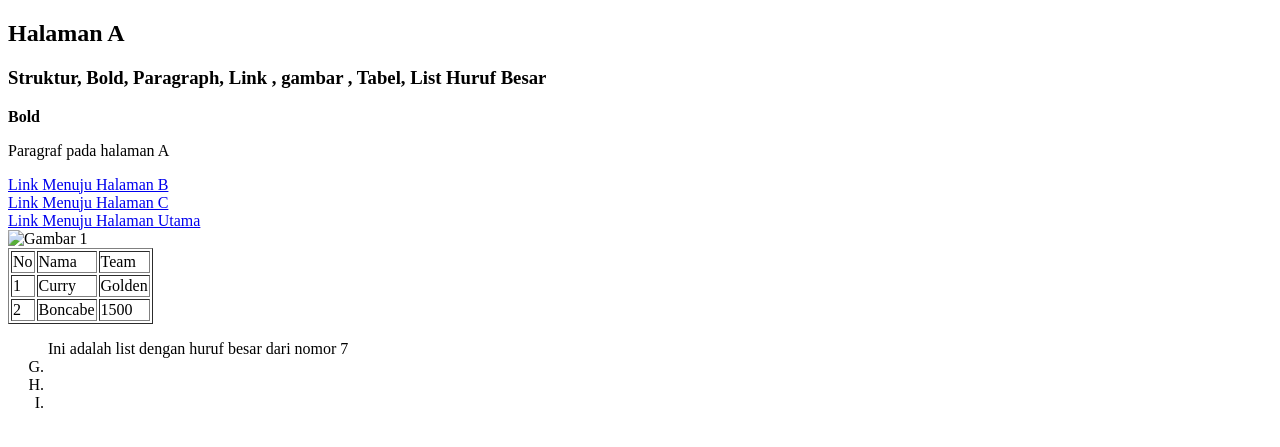
Repository: DejanAmru/dejan-praktikum
Page: modul-3/a.html
These files come from the project's save history. The page is drawn as it stood at one moment and after the next save; the edit follows.
The browser window is 1280 px wide. The pictures show the whole page.

Above is the page before, as saved 2025-10-24 13:54:17.

### modul-3/a.html
<!DOCTYPE html>
<html lang="id">

<head>
  <meta charset="UTF-8">
  <meta name="viewport" content="width=device-width, initial-scale=1.0">
  <title>Modul3a</title>
</head>

<body>
  <h2>
    Halaman A
  </h2>
  <h3>
    Struktur, Bold, Paragraph, Link , gambar , Tabel, List Huruf Besar
  </h3>
  <b>
    Bold
  </b>
  <p>
    Paragraf pada halaman A
  </p>
  <a href="b.html" target="_blank">Link Menuju Halaman B</a> <br>
  <a href="c.html" target="_blank">Link Menuju Halaman C</a> <br>
  <a href="../index.html" target="_blank">Link Menuju Halaman Utama</a> <br>


  <img src="modul-3\a.html" alt="Gambar 1" width="200"> <br>

  <table border="1">
    <tr>
      <td>No</td>
      <td>Nama</td>
      <td>Team</td>
    </tr>
    <tr>
      <td>1</td>
      <td>Curry</td>
      <td>Golden </td>
    </tr>
    <tr>
      <td>2</td>
      <td>Boncabe</td>
      <td>1500</td>
    </tr>
  </table>

  <ol start="7" type="A">Ini adalah list dengan huruf besar dari nomor 7
    <li></li>
    <li></li>
    <li></li>
  </ol>
</body>

</html>

After the next save:
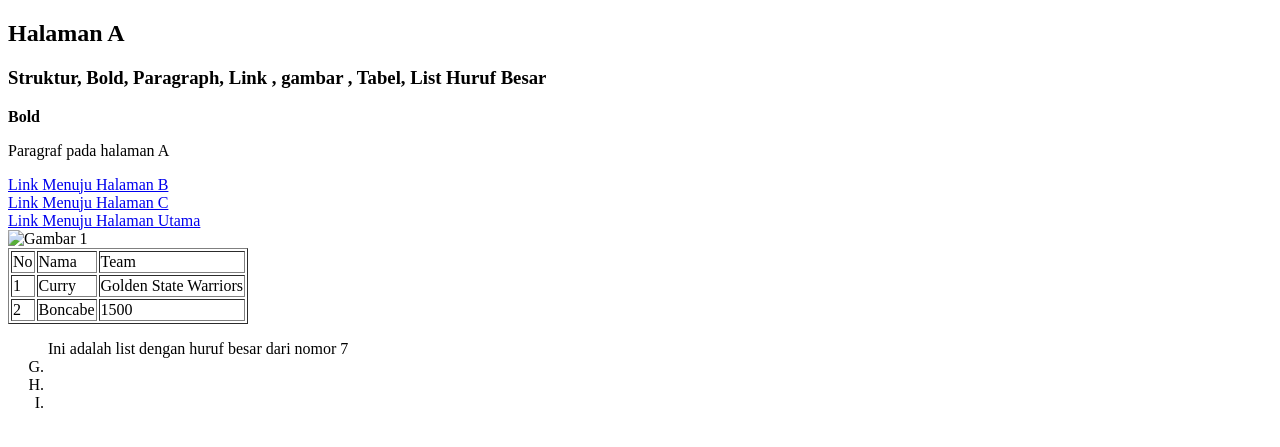
Saved 8 s later.
--- a/modul-3/a.html
+++ b/modul-3/a.html
@@ -36,7 +36,7 @@
     <tr>
       <td>1</td>
       <td>Curry</td>
-      <td>Golden </td>
+      <td>Golden State Warriors</td>
     </tr>
     <tr>
       <td>2</td>
